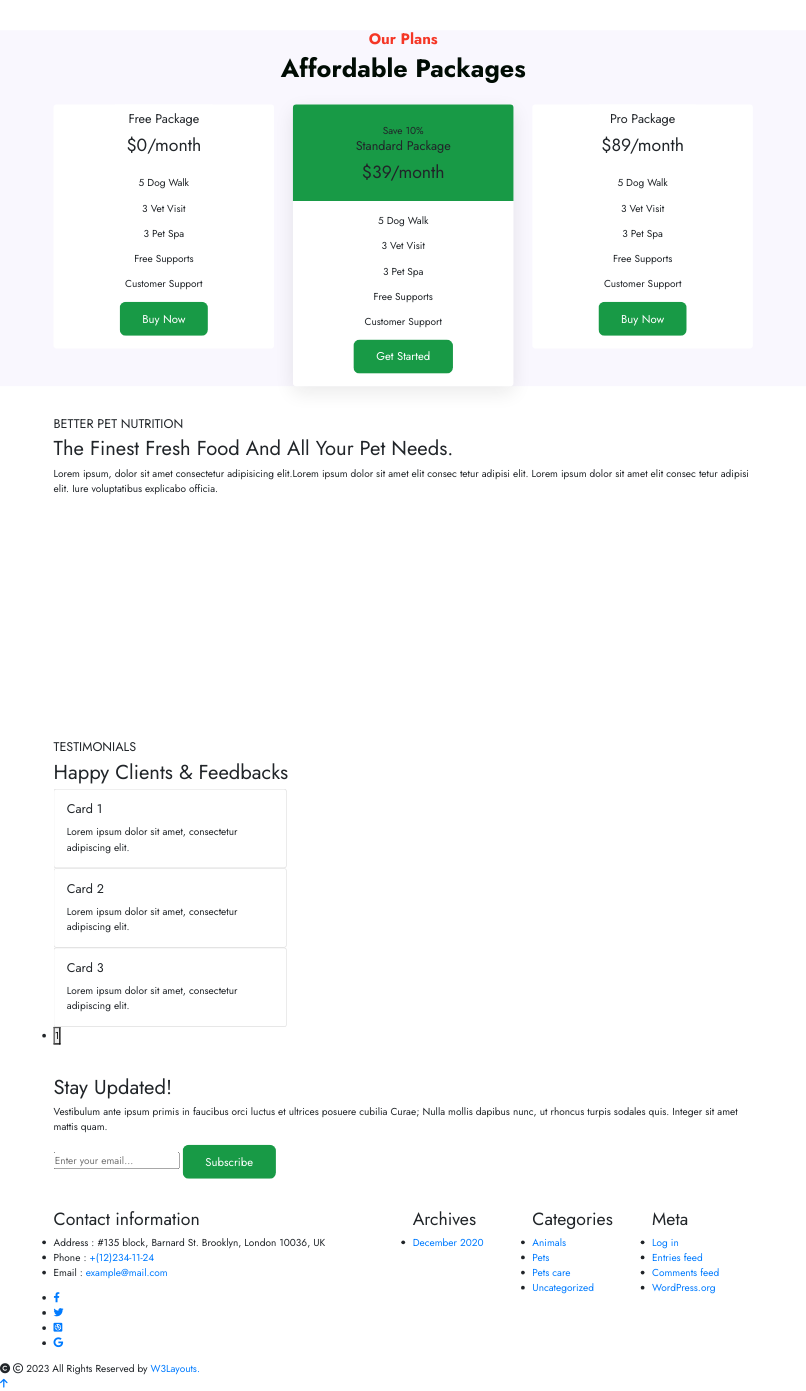
Repository: thanhfrankie/poochcare
Page: index.html
These files come from the project's save history. The page is drawn as it stood at one moment and after a run of saves; the edit follows.
The browser window is 1280 px wide. The pictures show the whole page, at 63% of full size.
Pictures or frames that could not be fetched are drawn as grey boxes.

Above is the page before, as saved 2023-12-20 22:22:35.

After the next 2 saves:
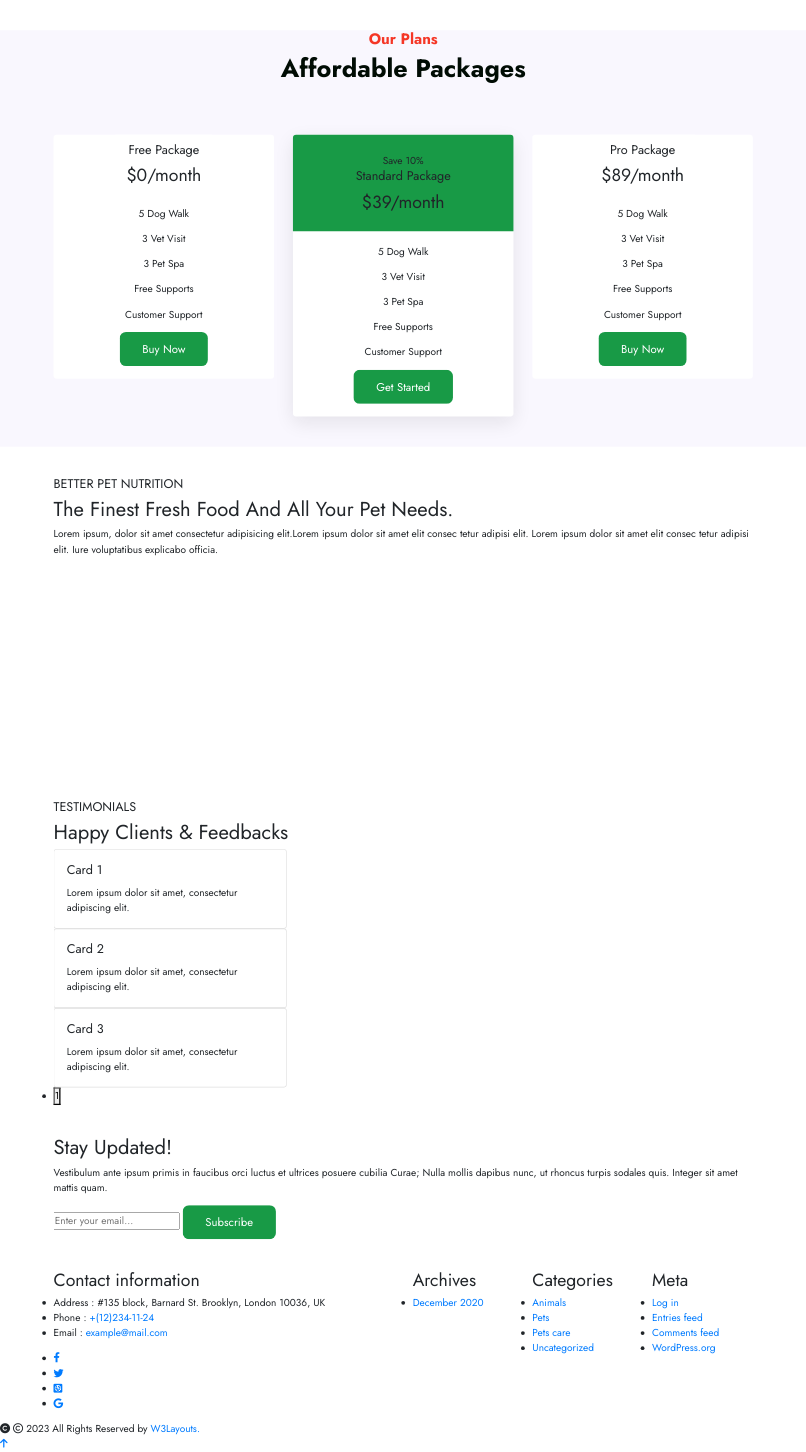
The 2 saves are shown as one change because they came seconds apart.
The last was saved 6 s later.
--- a/index.html
+++ b/index.html
@@ -51,7 +51,7 @@
           <h4>Our Plans</h4>
           <h2>Affordable Packages</h2>
         </div>
-        <div class="row mt-6 py-6">
+        <div class="row mt-6 py-5">
           <!-- Pricing Card 1 -->
           <div class="col-lg-4">
             <div class="card">

After the 2 saves that followed:
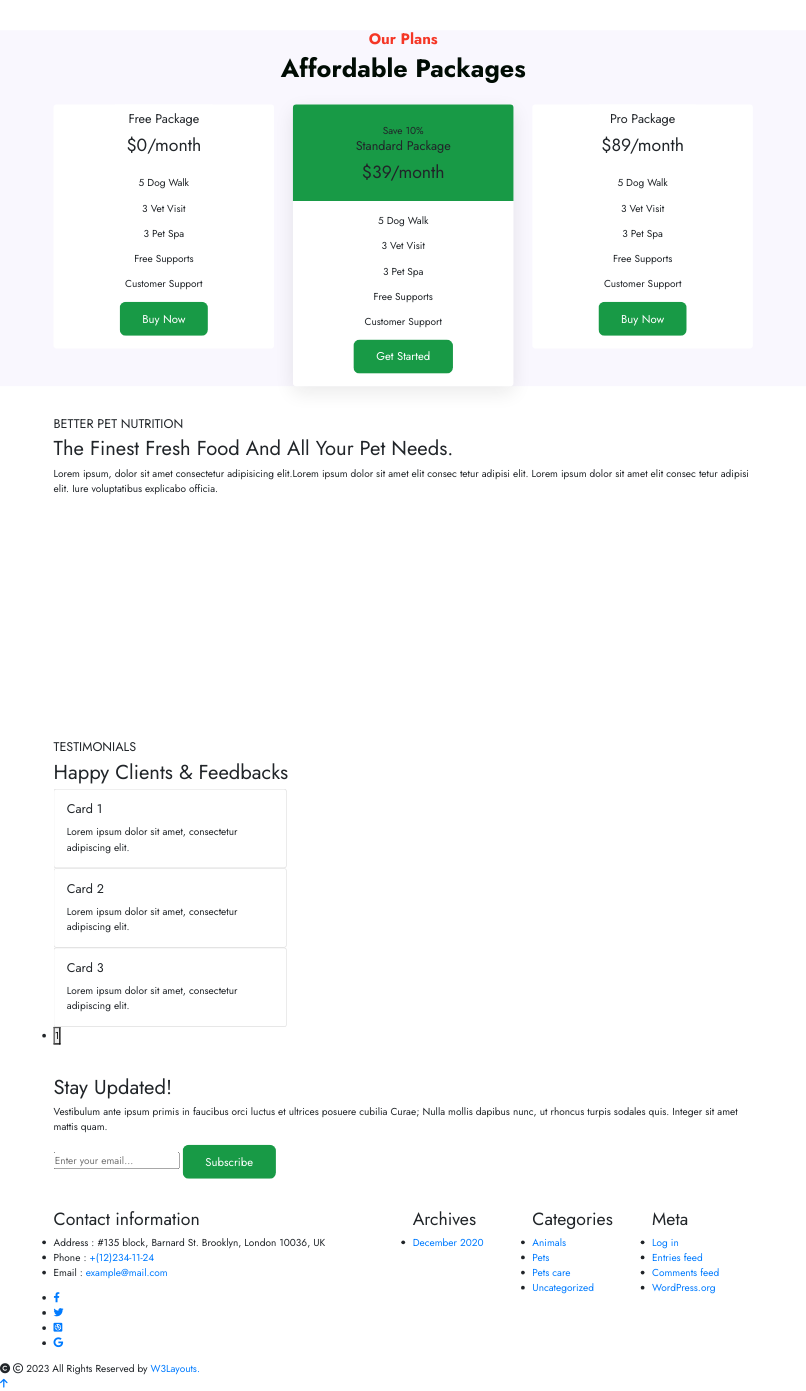
The 2 saves are shown as one change because they came seconds apart.
The last was saved 14 s later.
--- a/index.html
+++ b/index.html
@@ -51,7 +51,7 @@
           <h4>Our Plans</h4>
           <h2>Affordable Packages</h2>
         </div>
-        <div class="row mt-6 py-5">
+        <div class="row mt-6 py-7">
           <!-- Pricing Card 1 -->
           <div class="col-lg-4">
             <div class="card">
